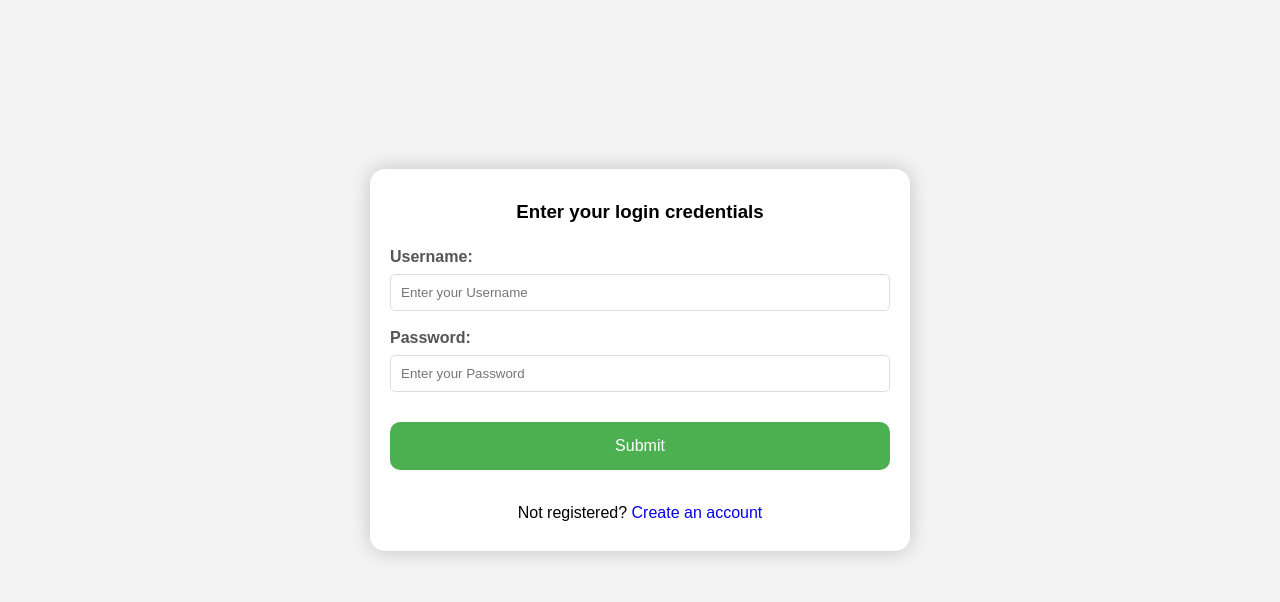
Repository: alizey12/Regestratin-Form-js
Page: signin.html
These files come from the project's save history. The page is drawn as it stood at one moment and after a run of saves; the edit follows.
The browser window is 1280 px wide. The pictures show the whole page.

Above is the page before, as saved 2024-11-29 13:05:30.

### signin.html
<!DOCTYPE html>
<html lang="en">
<head>
    <meta charset="UTF-8">
    <meta name="viewport" content="width=device-width, initial-scale=1.0">
    <link rel="stylesheet" href="signin.css">
    <title>Document</title>
</head>
<body>

<div class="main">
    <h3>Enter your login credentials</h3>

    <form action="">
        <label for="first">
            Username:
        </label>
        <input type="text" id="first" name="first"
            placeholder="Enter your Username" required>

        <label for="password">
            Password:
        </label>
        <input type="password" id="password" name="password"
            placeholder="Enter your Password" required>

        <div class="wrap">
            <button type="submit">
                Submit
            </button>
        </div>
    </form>

    <p>Not registered?
        <a href="#" style="text-decoration: none;">
            Create an account
        </a>
    </p>
</div>


</body>
</html>

### signin.css
/*style.css*/
body {
    display: flex;
    align-items: center;
    justify-content: center;
    font-family: sans-serif;
    line-height: 1.5;
    min-height: 100vh;
    background: #f3f3f3;
    flex-direction: column;
    margin: 0;
}

.main {
    background-color: #fff;
    border-radius: 15px;
    box-shadow: 0 0 20px rgba(0, 0, 0, 0.2);
    padding: 10px 20px;
    transition: transform 0.2s;
    width: 500px;
    text-align: center;
}

h1 {
    color: #4CAF50;
}

label {
    display: block;
    width: 100%;
    margin-top: 10px;
    margin-bottom: 5px;
    text-align: left;
    color: #555;
    font-weight: bold;
}

input {
    display: block;
    width: 100%;
    margin-bottom: 15px;
    padding: 10px;
    box-sizing: border-box;
    border: 1px solid #ddd;
    border-radius: 5px;
}

button {
    padding: 15px;
    border-radius: 10px;
    margin-top: 15px;
    margin-bottom: 15px;
    border: none;
    color: white;
    cursor: pointer;
    background-color: #4CAF50;
    width: 100%;
    font-size: 16px;
}

.wrap {
    display: flex;
    justify-content: center;
    align-items: center;
}

After the next 2 saves:
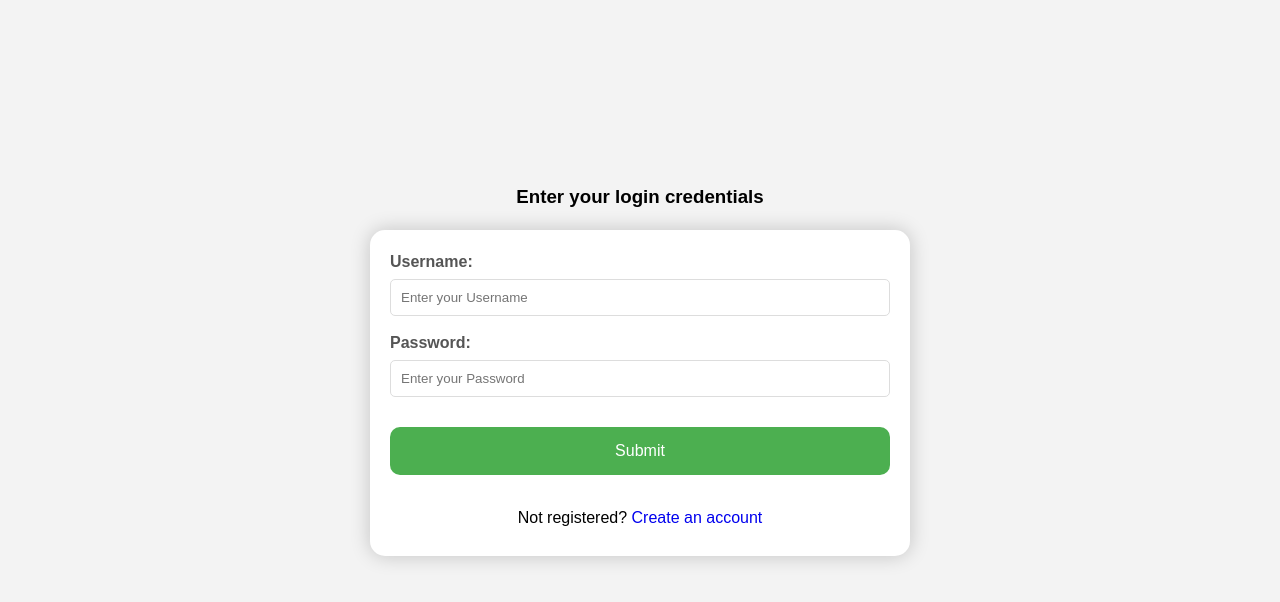
The 2 saves are shown as one change because they came seconds apart.
The last was saved 47 s later.
--- a/signin.html
+++ b/signin.html
@@ -7,9 +7,9 @@
     <title>Document</title>
 </head>
 <body>
+    <h3>Enter your login credentials</h3>
+<div class="main">
 
-<div class="main">
-    <h3>Enter your login credentials</h3>
 
     <form action="">
         <label for="first">
